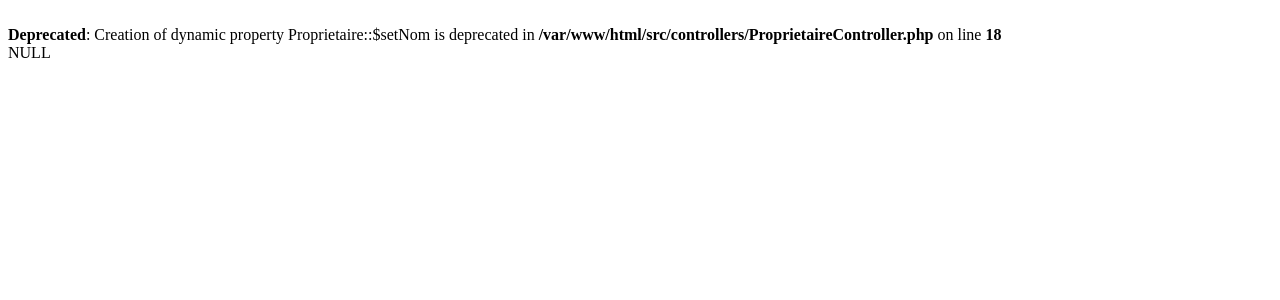
Repository: saliou-t/TS-IMMO
Page: http://localhost/
These files come from the project's save history. The page is drawn as it stood at one moment and after a run of saves; the edit follows.
The browser window is 1280 px wide. The pictures show the whole page.
The page is run by PHP 8.4 with error messages shown; the project is at /var/www/html/.

Above is the page before, as saved 2022-03-31 17:42:02.

After the next 2 saves:
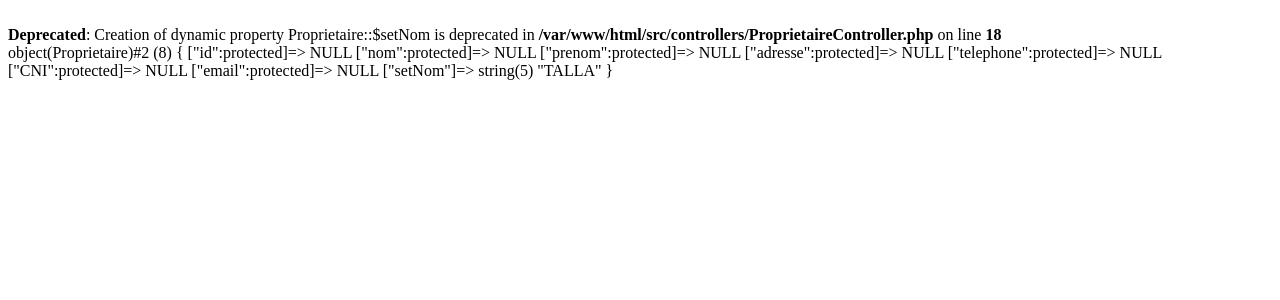
The 2 saves are shown as one change because they came seconds apart.
The last was saved 9 s later.
--- a/src/controllers/ProprietaireController.php
+++ b/src/controllers/ProprietaireController.php
@@ -16,7 +16,7 @@ class ProprietaireController {
         $proprietaire = new Proprietaire();
 
         $proprietaire->setNom = "TALLA";
-        var_dump($proprietaire->setNom('okko'));
+        var_dump($proprietaire);
 
 
 
